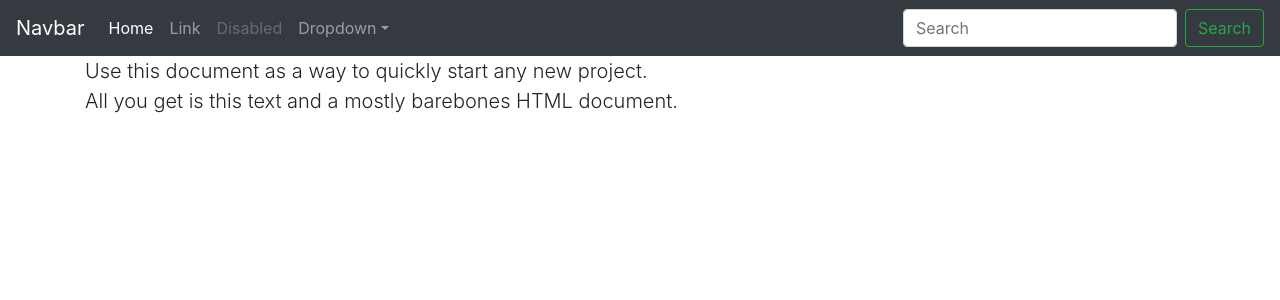
Repository: Alex-Serky/Backend_PHP
Page: http://localhost/
An editor plug-in stored every save of this project. The page is shown before and after the next save, followed by the edit.
The browser window is 1280 px wide. The pictures show the whole page.
Some web libraries are served in a nearby version. The page is run by PHP 8.4 with error messages shown; the project is at /var/www/html/.

Above is the page before, as saved 2020-07-20 15:15:33.

After the next save:
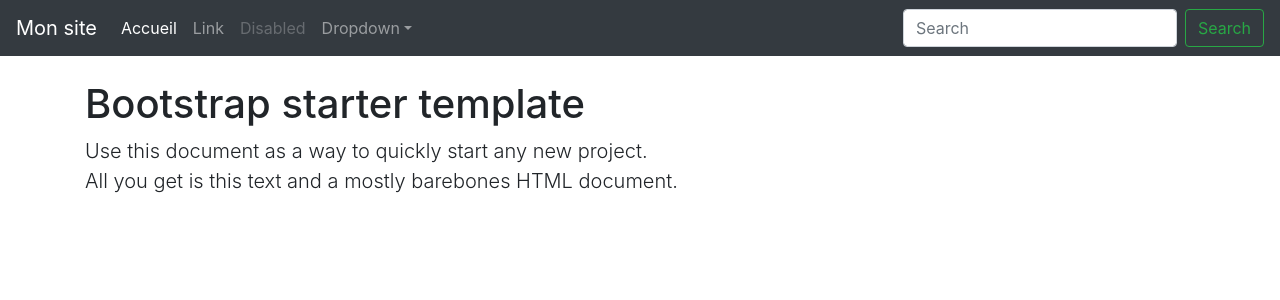
Saved 2 min 48 s later.
--- a/header.php
+++ b/header.php
@@ -17,8 +17,8 @@
 
 <body>
 
-    <nav class="navbar navbar-expand-md navbar-dark bg-dark fixed-top">
-        <a class="navbar-brand" href="#">Navbar</a>
+    <nav class="navbar navbar-expand-md navbar-dark bg-dark mb-4">
+        <a class="navbar-brand" href="#">Mon site</a>
         <button class="navbar-toggler" type="button" data-toggle="collapse" data-target="#navbarsExampleDefault" aria-controls="navbarsExampleDefault" aria-expanded="false" aria-label="Toggle navigation">
             <span class="navbar-toggler-icon"></span>
         </button>
@@ -26,7 +26,7 @@
         <div class="collapse navbar-collapse" id="navbarsExampleDefault">
             <ul class="navbar-nav mr-auto">
                 <li class="nav-item active">
-                    <a class="nav-link" href="#">Home <span class="sr-only">(current)</span></a>
+                    <a class="nav-link" href="./index.php">Accueil <span class="sr-only">(current)</span></a>
                 </li>
                 <li class="nav-item">
                     <a class="nav-link" href="#">Link</a>
